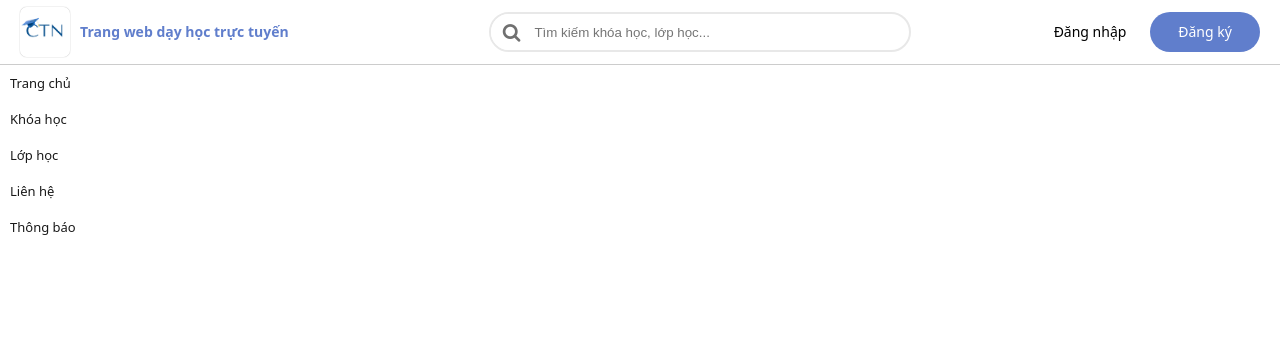
Repository: Nieday306/shophoaqua
Page: index.html
These files come from the project's save history. The page is drawn as it stood at one moment and after the next save; the edit follows.
The browser window is 1280 px wide. The pictures show the whole page.

Above is the page before, as saved 2024-04-07 10:28:54.

### index.html
<!DOCTYPE html>
<html lang="en">
  <head>
    <meta charset="UTF-8" />
    <meta name="viewport" content="width=device-width, initial-scale=1.0" />
    <!-- reset css -->
    <link rel="stylesheet" href="./assets/css/reset.css" />
    <!-- style css -->
    <link rel="stylesheet" href="./assets/css/style.css" />
    <!-- font  -->
    <link rel="stylesheet" href="./assets/font/stylesheet.css" />
    <title>CTN - Ứng dụng học lập trình trực tuyến</title>
    <!-- favicon -->
    <link
      rel="apple-touch-icon"
      sizes="57x57"
      href="./assets/Favicon/apple-icon-57x57.png"
    />
    <link
      rel="apple-touch-icon"
      sizes="60x60"
      href="./assets/Favicon/apple-icon-60x60.png"
    />
    <link
      rel="apple-touch-icon"
      sizes="72x72"
      href="./assets/Favicon/apple-icon-72x72.png"
    />
    <link
      rel="apple-touch-icon"
      sizes="76x76"
      href="./assets/Favicon/apple-icon-76x76.png"
    />
    <link
      rel="apple-touch-icon"
      sizes="114x114"
      href="./assets/Favicon/apple-icon-114x114.png"
    />
    <link
      rel="apple-touch-icon"
      sizes="120x120"
      href="./assets/Favicon/apple-icon-120x120.png"
    />
    <link
      rel="apple-touch-icon"
      sizes="144x144"
      href="./assets/Favicon/apple-icon-144x144.png"
    />
    <link
      rel="apple-touch-icon"
      sizes="152x152"
      href="./assets/Favicon/apple-icon-152x152.png"
    />
    <link
      rel="apple-touch-icon"
      sizes="180x180"
      href="./assets/Favicon/apple-icon-180x180.png"
    />
    <link
      rel="icon"
      type="image/png"
      sizes="192x192"
      href="./assets/Favicon/android-icon-192x192.png"
    />
    <link
      rel="icon"
      type="image/png"
      sizes="32x32"
      href="./assets/Favicon/favicon-32x32.png"
    />
    <link
      rel="icon"
      type="image/png"
      sizes="96x96"
      href="./assets/Favicon/favicon-96x96.png"
    />
    <link
      rel="icon"
      type="image/png"
      sizes="16x16"
      href="./assets/Favicon/favicon-16x16.png"
    />
    <link rel="manifest" href="./assets/Favicon/manifest.json" />
    <meta name="msapplication-TileColor" content="#ffffff" />
    <meta
      name="msapplication-TileImage"
      content="./assets/Favicon/ms-icon-144x144.png"
    />
    <meta name="theme-color" content="#ffffff" />
    <link
      rel="stylesheet"
      href="https://cdnjs.cloudflare.com/ajax/libs/font-awesome/4.7.0/css/font-awesome.min.css"
    />
  </head>
  <body>
    <!-- header -->
    <header>
      <div id="header">
        <div class="container">
          <div class="header-top">
            <div class="logo">
              <img class="logo-img" src="./assets/img/logo.png" alt="CTN" />
              <span class="logo-desc">Trang web dạy học trực tuyến</span>
            </div>
            <form action="" class="search" method="post">
              <input
                class="search__txt"
                type="search"
                name="search"
                id="search"
                placeholder="Tìm kiếm khóa học, lớp học..."
              />
              <button class="search__submit" type="submit">
                <i class="fa fa-search" style="font-size: 19px"></i>
              </button>
            </form>
            <div class="header__log">
              <a href="./login.html" class="btn header__login">Đăng nhập</a>
              <a href="#!" class="btn header__register">Đăng ký</a>
            </div>
          </div>
        </div>
      </div>
    </header>
    <!-- main -->
    <main>
      <div class="sidebar">
        <ul class="sidebar__menu">
          <li class="sidebar__item">
            <a href="#!" class="sidebar__desc">Trang chủ</a>
          </li>
          <li class="sidebar__item">
            <a href="#!" class="sidebar__desc">Khóa học</a>
          </li>
          <li class="sidebar__item">
            <a href="#!" class="sidebar__desc">Lớp học</a>
          </li>
          <li class="sidebar__item">
            <a href="#!" class="sidebar__desc">Liên hệ</a>
          </li>
          <li class="sidebar__item">
            <a href="#!" class="sidebar__desc">Thông báo</a>
          </li>
        </ul>
        <div class="main__content"></div>
      </div>
    </main>
    <!-- footer -->
    <footer></footer>
  </body>
</html>

### assets/css/style.css
:root {
  --primary-color: #607ecc;
  --font-secondary: system-ui, -apple-system, BlinkMacSystemFont, "Segoe UI",
    Roboto, Oxygen, Ubuntu, Cantarell, "Open Sans", "Helvetica Neue", sans-serif;
}
* {
  box-sizing: border-box;
}

html,
body {
  scroll-behavior: smooth;
}

html {
  font-size: 62.5%;
}

body {
  font-size: 1.6rem;
  font-family: "Poppins", sans-serif;
  margin: 0px auto;
}

/*================== common =========================*/

a {
  text-decoration: none;
}

.btn {
  display: inline-block;
  color: #fff;
  font-size: 1.4rem;
  font-family: var(--font-secondary);
  font-weight: 500;
  background-color: var(--primary-color);
  height: 40px;
  padding: 0 8px;
  border: 1px solid --primary-color;
  border-radius: 999px;
  text-align: center;
  min-width: 110px;
  line-height: 40px;
}

.btn:hover {
  opacity: 0.9;
}

/* =======================header==================== */

.header-top {
  height: 65px;
  background-color: #fff;
  display: flex;
  align-items: center;
  /* justify-content: space-between; */
  border-bottom: 1px solid #ccc;
}

.logo {
  display: flex;
  align-items: center;
  gap: 0 10px;
  margin-left: 20px;
}

.logo-img {
  width: 50px;
  height: 50px;
  object-fit: cover;
  border-radius: 7px;
  box-shadow: 0px 0px 1px rgb(3, 3, 3, 0.5);
}

.logo-desc {
  font-family: var(--font-secondary);
  font-size: 1.4rem;
  color: var(--primary-color);
  font-weight: 700;
}

.search {
  margin-left: 200px;
  height: 40px;
  width: 422px;
  border: 2px solid #e8e8e8;
  border-radius: 20px;
  transition: border 0.5s ease;
  display: flex;
  align-items: center;
  justify-content: space-between;
  flex-direction: row-reverse;
}

.search:focus-within {
  border-color: #777;
}

.search__submit {
  width: 10%;
  height: 100%;
  border-radius: 20px 0 0 20px;
  color: #707070;
  border: none;
  outline: none;
  background-color: #fff;
  cursor: pointer;
}

.fa-search {
  color: inherit;
}

.search__txt {
  height: 100%;
  background-color: transparent;
  width: 90%;
  outline: none;
  border-radius: 0 20px 20px 0;
  border: none;
}

.search__txt:not(:placeholder-shown) ~ .search__submit {
  color: #444;
  cursor: pointer;
}

.search__txt:placeholder-shown ~ .search__submit {
  cursor: no-drop;
}

.header__log {
  margin-left: auto;
  display: flex;
  align-items: center;
  gap: 5px;
}

.header__login {
  background-color: #fff;
  color: #000;
}

.header__register {
  margin-right: 20px;
}
/* =======================main========================= */

.sidebar {
  margin-top: 10px;
  display: flex;
  min-width: 100vh;
}

.sidebar__menu {
  margin-left: 10px;
  display: flex;
  flex-direction: column;
  gap: 20px;
}

.sidebar__desc {
  font-weight: 500;
  font-size: 1.3rem;
  font-family: var(--font-secondary);
  color: #1a1a1a;
}

### assets/font/stylesheet.css
@font-face {
    font-family: 'Poppins';
    src: url('Poppins-Black.woff2') format('woff2'),
        url('Poppins-Black.woff') format('woff');
    font-weight: 900;
    font-style: normal;
    font-display: swap;
}

@font-face {
    font-family: 'Poppins';
    src: url('Poppins-Bold.woff2') format('woff2'),
        url('Poppins-Bold.woff') format('woff');
    font-weight: bold;
    font-style: normal;
    font-display: swap;
}

@font-face {
    font-family: 'Poppins';
    src: url('Poppins-BlackItalic.woff2') format('woff2'),
        url('Poppins-BlackItalic.woff') format('woff');
    font-weight: 900;
    font-style: italic;
    font-display: swap;
}

@font-face {
    font-family: 'Poppins';
    src: url('Poppins-BoldItalic.woff2') format('woff2'),
        url('Poppins-BoldItalic.woff') format('woff');
    font-weight: bold;
    font-style: italic;
    font-display: swap;
}

@font-face {
    font-family: 'Poppins';
    src: url('Poppins-ExtraLightItalic.woff2') format('woff2'),
        url('Poppins-ExtraLightItalic.woff') format('woff');
    font-weight: 200;
    font-style: italic;
    font-display: swap;
}

@font-face {
    font-family: 'Poppins';
    src: url('Poppins-ExtraBoldItalic.woff2') format('woff2'),
        url('Poppins-ExtraBoldItalic.woff') format('woff');
    font-weight: bold;
    font-style: italic;
    font-display: swap;
}

@font-face {
    font-family: 'Poppins';
    src: url('Poppins-ExtraBold.woff2') format('woff2'),
        url('Poppins-ExtraBold.woff') format('woff');
    font-weight: bold;
    font-style: normal;
    font-display: swap;
}

@font-face {
    font-family: 'Poppins';
    src: url('Poppins-Italic.woff2') format('woff2'),
        url('Poppins-Italic.woff') format('woff');
    font-weight: normal;
    font-style: italic;
    font-display: swap;
}

@font-face {
    font-family: 'Poppins';
    src: url('Poppins-ExtraLight.woff2') format('woff2'),
        url('Poppins-ExtraLight.woff') format('woff');
    font-weight: 200;
    font-style: normal;
    font-display: swap;
}

@font-face {
    font-family: 'Poppins';
    src: url('Poppins-Regular.woff2') format('woff2'),
        url('Poppins-Regular.woff') format('woff');
    font-weight: normal;
    font-style: normal;
    font-display: swap;
}

@font-face {
    font-family: 'Poppins';
    src: url('Poppins-LightItalic.woff2') format('woff2'),
        url('Poppins-LightItalic.woff') format('woff');
    font-weight: 300;
    font-style: italic;
    font-display: swap;
}

@font-face {
    font-family: 'Poppins';
    src: url('Poppins-SemiBold.woff2') format('woff2'),
        url('Poppins-SemiBold.woff') format('woff');
    font-weight: 600;
    font-style: normal;
    font-display: swap;
}

@font-face {
    font-family: 'Poppins';
    src: url('Poppins-Light.woff2') format('woff2'),
        url('Poppins-Light.woff') format('woff');
    font-weight: 300;
    font-style: normal;
    font-display: swap;
}

@font-face {
    font-family: 'Poppins';
    src: url('Poppins-Medium.woff2') format('woff2'),
        url('Poppins-Medium.woff') format('woff');
    font-weight: 500;
    font-style: normal;
    font-display: swap;
}

@font-face {
    font-family: 'Poppins';
    src: url('Poppins-MediumItalic.woff2') format('woff2'),
        url('Poppins-MediumItalic.woff') format('woff');
    font-weight: 500;
    font-style: italic;
    font-display: swap;
}

@font-face {
    font-family: 'Poppins';
    src: url('Poppins-Thin.woff2') format('woff2'),
        url('Poppins-Thin.woff') format('woff');
    font-weight: 100;
    font-style: normal;
    font-display: swap;
}

@font-face {
    font-family: 'Poppins';
    src: url('Poppins-ThinItalic.woff2') format('woff2'),
        url('Poppins-ThinItalic.woff') format('woff');
    font-weight: 100;
    font-style: italic;
    font-display: swap;
}

@font-face {
    font-family: 'Poppins';
    src: url('Poppins-SemiBoldItalic.woff2') format('woff2'),
        url('Poppins-SemiBoldItalic.woff') format('woff');
    font-weight: 600;
    font-style: italic;
    font-display: swap;
}

Loaded but not shown: assets/css/reset.css (common file)

After the next save:
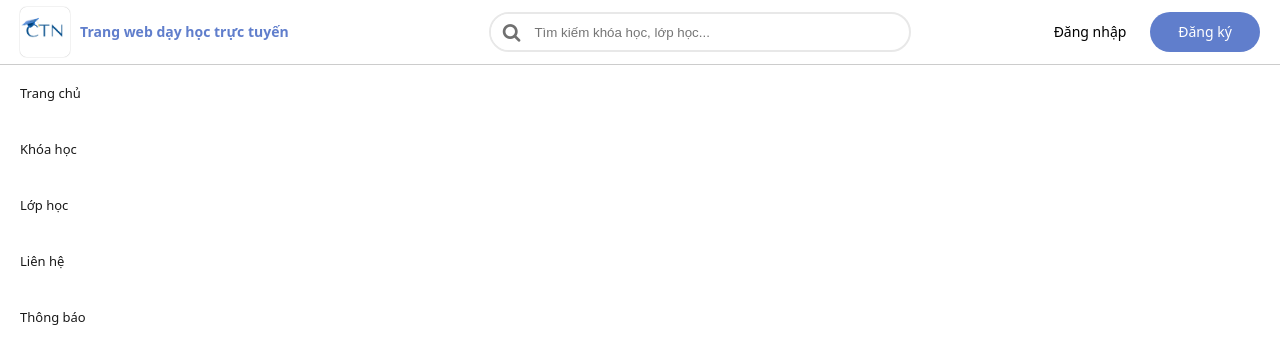
Saved 41 s later.
--- a/assets/css/style.css
+++ b/assets/css/style.css
@@ -161,6 +161,10 @@ a {
   gap: 20px;
 }
 
+.sidebar__item {
+  padding: 10px;
+}
+
 .sidebar__desc {
   font-weight: 500;
   font-size: 1.3rem;
